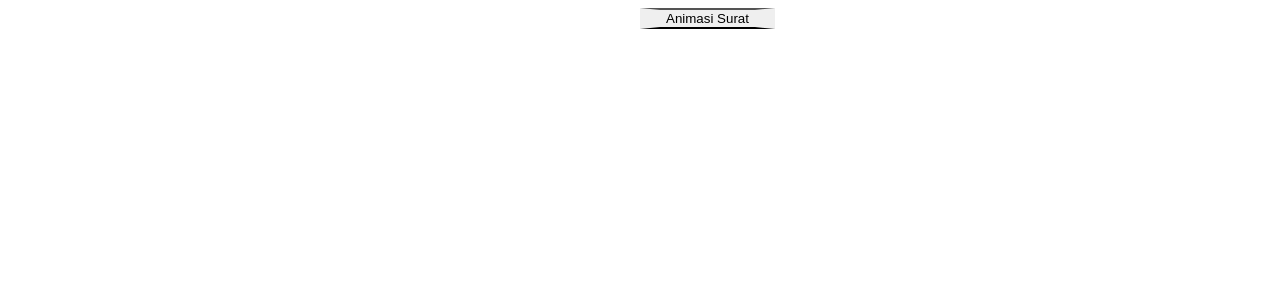
Repository: Irantsitumorang/projectRepo1
Page: BelajarJS/LatihanHTML/WebContent/suratj.html
These files come from the project's save history. The page is drawn as it stood at one moment and after the next save; the edit follows.
The browser window is 1280 px wide. The pictures show the whole page.

Above is the page before, as saved 2021-07-01 10:20:54.

After the next save:
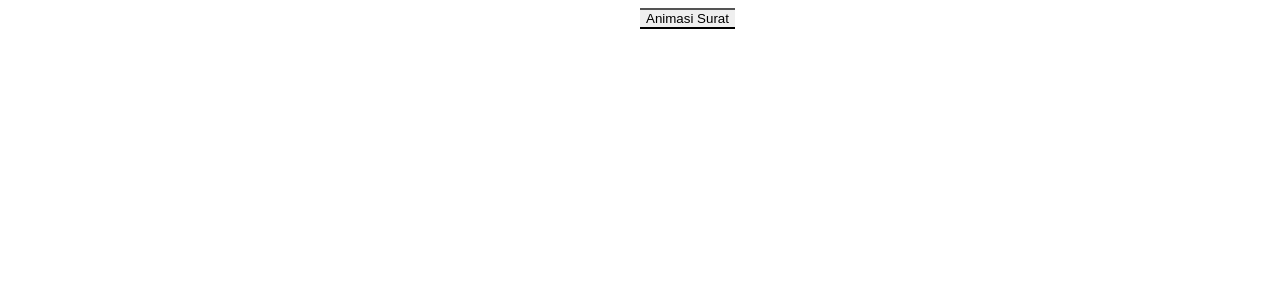
Saved 37 s later.
--- a/BelajarJS/LatihanHTML/WebContent/suratj.html
+++ b/BelajarJS/LatihanHTML/WebContent/suratj.html
@@ -11,8 +11,8 @@
 
 	#bg{
 	margin-left: 50%;
-	border-left: 20px solid transparent;
-	border-right: 20px solid transparent;
+	border-left: 20px;
+	border-right: 20px;
 	}
 
     #surat1 {
